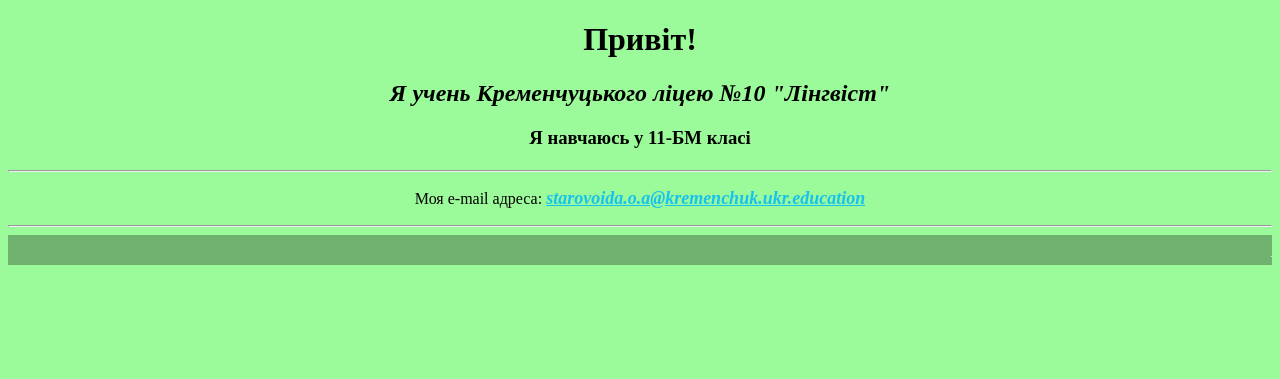
Repository: alexandrastarovoyda-star/homework_info
Page: pr3/html/pr3.html
The author's editor kept a copy of each file at every save. The page is drawn from the files as they stood at one save, then again after the next save.
The browser window is 1280 px wide. The pictures show the whole page.

Above is the page before, as saved 2026-01-28 12:23:55.

### pr3/html/pr3.html
<!DOCTYPE html>
<html lang="ua">
    <head>
        <title>Веб-сторінка Старовойда Олександра</title>
        <meta charset="utf-8">
        <link rel="stylesheet" href="../css/main.css">
    </head>
    <body>
        <h1 class="bl">Привіт!</h1>
        <h2 class="itl">Я учень Кременчуцького ліцею №10 "Лінгвіст"</h2>
        <h3 class="bl">Я навчаюсь у 11-БМ класі</h3>
        <h4></h4>
        <hr>
        <p>Моя e-mail адреса: <a class="mail" href="mailto:starovoida.o.a@kremenchuk.ukr.education?subject=Рекламна_пропозиція">starovoida.o.a@kremenchuk.ukr.education</a></p>
        <hr>
        <marquee Behivior = "alertate" direction="left" loop hapace="50" vapace="70" scrolldalay="500" class="marquee" > All animals are equal, but some animals are more equal than others</marquee>
    </body>
</html>

### pr3/css/main.css
body{
    background-color: rgba(146, 250, 143, 0.911);
    text-align: center;
}

.bl{
    font-weight: bold;
}

.itl{
    font-style: italic;
}

.mail{
    color: rgba(0, 183, 255, 0.849);
    font-style: italic;
    font-weight: bold;
    font-size: 18px;
}

.marquee {
    background-color: rgb(111, 177, 111);
    width: 100%;
    height: 30px;
    font-style: italic;
    font-weight: bold;
    color: rgba(199, 239, 247, 0.932);
    font-size: 25px;
}

After the next save:
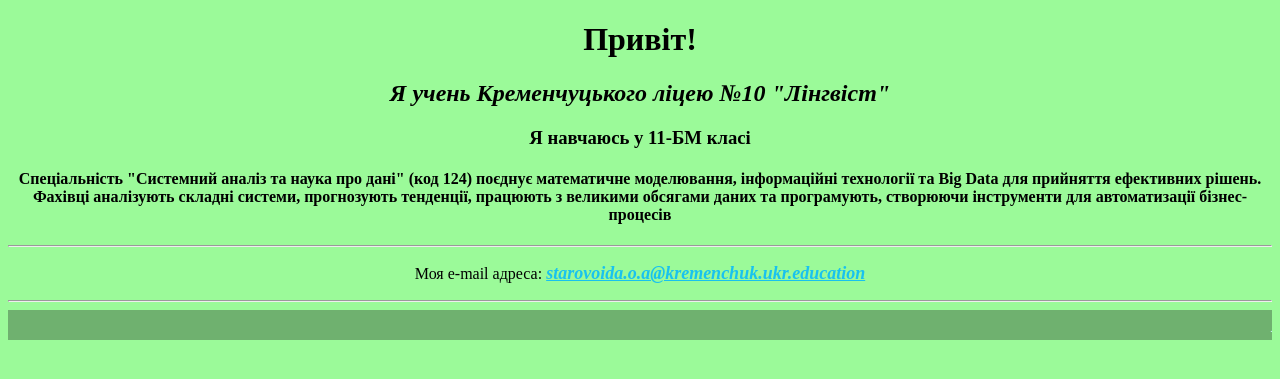
Saved 4 min 56 s later.
--- a/pr3/html/pr3.html
+++ b/pr3/html/pr3.html
@@ -9,7 +9,7 @@
         <h1 class="bl">Привіт!</h1>
         <h2 class="itl">Я учень Кременчуцького ліцею №10 "Лінгвіст"</h2>
         <h3 class="bl">Я навчаюсь у 11-БМ класі</h3>
-        <h4></h4>
+        <h4>Спеціальність "Системний аналіз та наука про дані" (код 124) поєднує математичне моделювання, інформаційні технології та Big Data для прийняття ефективних рішень. Фахівці аналізують складні системи, прогнозують тенденції, працюють з великими обсягами даних та програмують, створюючи інструменти для автоматизації бізнес-процесів</h4>
         <hr>
         <p>Моя e-mail адреса: <a class="mail" href="mailto:starovoida.o.a@kremenchuk.ukr.education?subject=Рекламна_пропозиція">starovoida.o.a@kremenchuk.ukr.education</a></p>
         <hr>
